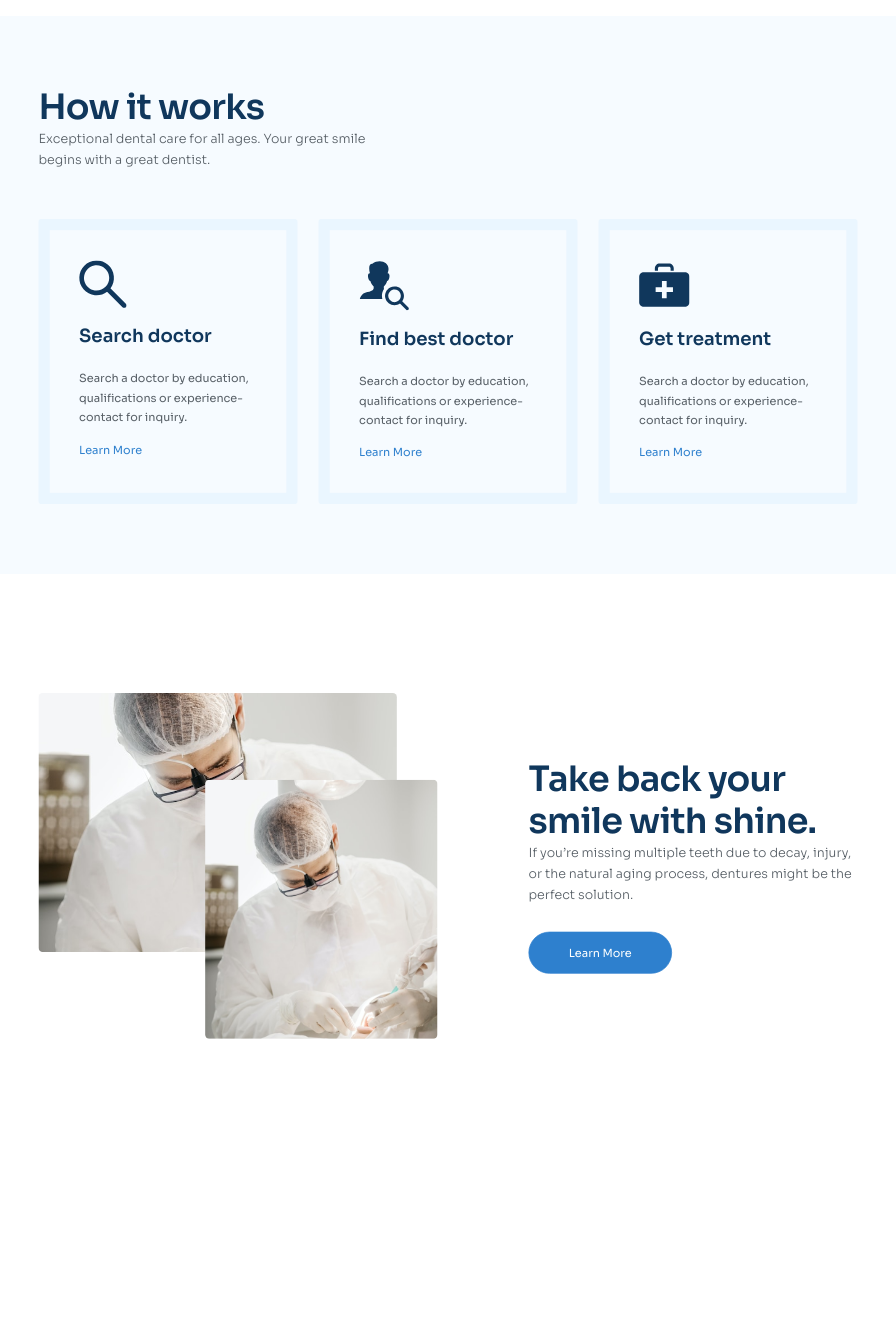
Repository: Tran-Dat/F8_Project_03
Page: index.html
An editor plug-in stored every save of this project. The page is shown before and after the next save, followed by the edit.
The browser window is 1280 px wide. The pictures show the part of the page from y = 1880 to 3800 px (the page is 3800 px tall), at 70% of full size.

Above is the page before, as saved 2023-04-03 16:28:26.

### index.html
<!DOCTYPE html>
<html lang="en">
    <head>
        <meta charset="UTF-8" />
        <meta http-equiv="X-UA-Compatible" content="IE=edge" />
        <meta name="viewport" content="width=device-width, initial-scale=1.0" />
        <title>shine smile</title>

        <!-- Favicon -->
        <link rel="apple-touch-icon" sizes="57x57" href="./assets/favicon/" />
        <link
            rel="apple-touch-icon"
            sizes="60x60"
            href="./assets/favicon/apple-icon-60x60.png"
        />
        <link
            rel="apple-touch-icon"
            sizes="72x72"
            href="./assets/favicon/apple-icon-72x72.png"
        />
        <link
            rel="apple-touch-icon"
            sizes="76x76"
            href="./assets/favicon/apple-icon-76x76.png"
        />
        <link
            rel="apple-touch-icon"
            sizes="114x114"
            href="./assets/favicon/apple-icon-114x114.png"
        />
        <link
            rel="apple-touch-icon"
            sizes="120x120"
            href="./assets/favicon/apple-icon-120x120.png"
        />
        <link
            rel="apple-touch-icon"
            sizes="144x144"
            href="./assets/favicon/apple-icon-144x144.png"
        />
        <link
            rel="apple-touch-icon"
            sizes="152x152"
            href="./assets/favicon/apple-icon-152x152.png"
        />
        <link
            rel="apple-touch-icon"
            sizes="180x180"
            href="./assets/favicon/apple-icon-180x180.png"
        />
        <link
            rel="icon"
            type="image/png"
            sizes="192x192"
            href="./assets/favicon/android-icon-192x192.png"
        />
        <link
            rel="icon"
            type="image/png"
            sizes="32x32"
            href="./assets/favicon/favicon-32x32.png"
        />
        <link
            rel="icon"
            type="image/png"
            sizes="96x96"
            href="./assets/favicon/favicon-96x96.png"
        />
        <link
            rel="icon"
            type="image/png"
            sizes="16x16"
            href="./assets/favicon/favicon-16x16.png"
        />
        <link rel="manifest" href="./assets/favicon/manifest.json" />
        <meta name="msapplication-TileColor" content="#ffffff" />
        <meta
            name="msapplication-TileImage"
            content="./assets/favicon/ms-icon-144x144.png"
        />
        <meta name="theme-color" content="#ffffff" />

        <!-- Emmet Fonts -->
        <link rel="preconnect" href="https://fonts.googleapis.com" />
        <link rel="preconnect" href="https://fonts.gstatic.com" crossorigin />
        <link
            href="https://fonts.googleapis.com/css2?family=Sora:wght@300;400;500;600;700;800&display=swap"
            rel="stylesheet"
        />

        <!-- Reset Css -->
        <link rel="stylesheet" href="./assets/css/reset.css" />
        <link rel="stylesheet" href="./assets/css/style.css" />
    </head>
    <body>
        <!-- Header -->
        <header class="header">
            <div class="container">
                <!-- Header top -->
                <div class="header-top">
                    <!-- Logo -->
                    <a href="/">
                        <div class="logo">
                            <span class="logo__circle"> </span>
                            <span class="logo__text">
                                <span class="logo__brand">Shine</span>
                                <span class="logo__brand logo__brand--small">
                                    smile
                                </span>
                            </span>
                        </div>
                    </a>

                    <!-- NavBar -->
                    <nav class="navbar">
                        <ul class="navbar__list">
                            <li class="navbar__item">
                                <a
                                    href="#!"
                                    class="navbar__link navbar__item--active"
                                >
                                    Home
                                </a>
                            </li>
                            <li class="navbar__item">
                                <a href="#!" class="navbar__link">Services</a>
                            </li>
                            <li class="navbar__item">
                                <a href="#!" class="navbar__link">About</a>
                            </li>
                            <li class="navbar__item">
                                <a href="#!" class="navbar__link">Doctors</a>
                            </li>
                        </ul>
                    </nav>

                    <!-- Action -->
                    <div class="header-action">
                        <a href="" class="header-action__login">Log In</a>
                        <button href="" class="btn header-action__signup">
                            Sign Up
                        </button>
                    </div>
                </div>

                <!-- Hero -->
                <section class="hero">
                    <!-- Hero content -->
                    <section class="hero__content">
                        <h1 class="hero__heading">
                            Exceptional dental care for all ages.
                        </h1>
                        <p class="hero__desc">
                            Exceptional dental care for all ages. Your great
                            smile begins with a great dentist.
                        </p>
                        <div class="hero__row">
                            <a href="" class="btn">Book Online</a>
                            <span class="hero__phone"
                                >or call (123) 456-7890</span
                            >
                        </div>
                    </section>

                    <!-- Hero media -->
                    <div class="hero__media">
                        <figure class="hero__images">
                            <img
                                src="./assets/img/hero-01.jpg"
                                alt=""
                                class="hero__img"
                            />
                            <img
                                src="./assets/img/hero-02.jpg"
                                alt=""
                                class="hero__img"
                            />
                        </figure>
                    </div>
                </section>
            </div>
        </header>

        <main style="height: 3000px">
            <!-- Service -->
            <section class="service">
                <div class="container">
                    <h2 class="service__heading section-heading">
                        Our services
                    </h2>
                    <p class="service__desc section-desc">
                        Exceptional dental care for all ages. Your great smile
                        begins with a great dentist.
                    </p>

                    <div class="service__row">
                        <figure>
                            <img
                                src="./assets/img/hero-01.jpg"
                                alt=""
                                class="service__img"
                            />
                        </figure>

                        <div>
                            <!-- Service List -->
                            <div class="service__list">
                                <!-- Service item 1 -->
                                <section class="service-item">
                                    <div class="service-item__icon">
                                        <!-- icon -->
                                        <svg
                                            width="22"
                                            height="24"
                                            viewBox="0 0 22 24"
                                            fill="none"
                                            xmlns="http://www.w3.org/2000/svg"
                                        >
                                            <path
                                                d="M20.3598 2.63964C17.9506 -0.556131 14.2772 -0.568132 11.2481 1.10682C11.001 1.24657 10.7219 1.31411 10.4406 1.30222C10.1592 1.29033 9.88633 1.19945 9.65105 1.03931C8.49552 0.245717 7.29036 -0.316477 5.13904 0.207462C0.623408 1.3071 0 4.90379 0 8.99816C0.0797353 12.1602 0.500857 15.3032 1.25551 18.3683C2.11836 22.0168 3.90382 24 5.43354 24C6.96326 24 7.00963 22.2204 7.00963 20.8016C7.00963 19.2009 7.39505 14.8009 10.8642 14.8009C13.5317 14.8009 14.3333 18.4013 14.3333 20.8016C14.3329 23.095 15.1722 24 16.6628 24C19.5267 24 20.9796 15.3938 21.3719 13.1237C21.7642 10.8535 22.9882 6.12569 20.3598 2.63964Z"
                                                fill="currentColor"
                                            />
                                        </svg>
                                    </div>

                                    <div class="service-item__body">
                                        <h3 class="service-item__heading">
                                            Oral Surgery
                                        </h3>
                                        <p class="service-item__desc">
                                            Everything you expect and then some.
                                            Cleanings, fillings, and x-rays.
                                        </p>
                                    </div>
                                </section>

                                <!-- Service item 2 -->
                                <section class="service-item">
                                    <div class="service-item__icon">
                                        <!-- icon -->
                                        <svg
                                            width="22"
                                            height="24"
                                            viewBox="0 0 22 24"
                                            fill="none"
                                            xmlns="http://www.w3.org/2000/svg"
                                        >
                                            <path
                                                d="M20.3598 2.63964C17.9506 -0.556131 14.2772 -0.568132 11.2481 1.10682C11.001 1.24657 10.7219 1.31411 10.4406 1.30222C10.1592 1.29033 9.88633 1.19945 9.65105 1.03931C8.49552 0.245717 7.29036 -0.316477 5.13904 0.207462C0.623408 1.3071 0 4.90379 0 8.99816C0.0797353 12.1602 0.500857 15.3032 1.25551 18.3683C2.11836 22.0168 3.90382 24 5.43354 24C6.96326 24 7.00963 22.2204 7.00963 20.8016C7.00963 19.2009 7.39505 14.8009 10.8642 14.8009C13.5317 14.8009 14.3333 18.4013 14.3333 20.8016C14.3329 23.095 15.1722 24 16.6628 24C19.5267 24 20.9796 15.3938 21.3719 13.1237C21.7642 10.8535 22.9882 6.12569 20.3598 2.63964Z"
                                                fill="currentColor"
                                            />
                                        </svg>
                                    </div>

                                    <div class="service-item__body">
                                        <h3 class="service-item__heading">
                                            Wisdom Teeth Removal
                                        </h3>
                                        <p class="service-item__desc">
                                            Everything you expect and then some.
                                            Cleanings, fillings, and x-rays.
                                        </p>
                                    </div>
                                </section>

                                <!-- Service item 3 -->
                                <section class="service-item">
                                    <div class="service-item__icon">
                                        <!-- icon -->
                                        <svg
                                            width="22"
                                            height="24"
                                            viewBox="0 0 22 24"
                                            fill="none"
                                            xmlns="http://www.w3.org/2000/svg"
                                        >
                                            <path
                                                d="M20.3598 2.63964C17.9506 -0.556131 14.2772 -0.568132 11.2481 1.10682C11.001 1.24657 10.7219 1.31411 10.4406 1.30222C10.1592 1.29033 9.88633 1.19945 9.65105 1.03931C8.49552 0.245717 7.29036 -0.316477 5.13904 0.207462C0.623408 1.3071 0 4.90379 0 8.99816C0.0797353 12.1602 0.500857 15.3032 1.25551 18.3683C2.11836 22.0168 3.90382 24 5.43354 24C6.96326 24 7.00963 22.2204 7.00963 20.8016C7.00963 19.2009 7.39505 14.8009 10.8642 14.8009C13.5317 14.8009 14.3333 18.4013 14.3333 20.8016C14.3329 23.095 15.1722 24 16.6628 24C19.5267 24 20.9796 15.3938 21.3719 13.1237C21.7642 10.8535 22.9882 6.12569 20.3598 2.63964Z"
                                                fill="currentColor"
                                            />
                                        </svg>
                                    </div>

                                    <div class="service-item__body">
                                        <h3 class="service-item__heading">
                                            Preventative Dentistry
                                        </h3>
                                        <p class="service-item__desc">
                                            Everything you expect and then some.
                                            Cleanings, fillings, and x-rays.
                                        </p>
                                    </div>
                                </section>
                            </div>

                            <a href="" class="btn">All Services</a>
                        </div>
                    </div>
                </div>
            </section>

            <!-- Work -->
            <section class="work">
                <div class="container">
                    <h2 class="section-heading">How it works</h2>
                    <p class="section-desc work__desc">
                        Exceptional dental care for all ages. Your great smile
                        begins with a great dentist.
                    </p>

                    <!-- Work List -->
                    <div class="work__list">
                        <!-- work item 1 -->
                        <section class="work-item">
                            <img
                                src="./assets/icon/search.svg"
                                alt="search"
                                class="work-item__icon"
                            />
                            <h3 class="work-item__heading">Search doctor</h3>
                            <p class="work-item__desc">
                                Search a doctor by education, qualifications or
                                experience-contact for inquiry.
                            </p>
                            <a href="#!" class="work-item__more">Learn More</a>
                        </section>

                        <!-- work item 2 -->
                        <section class="work-item">
                            <img
                                src="./assets/icon/search-use.svg"
                                alt="search"
                                class="work-item__icon"
                            />
                            <h3 class="work-item__heading">Find best doctor</h3>
                            <p class="work-item__desc">
                                Search a doctor by education, qualifications or
                                experience-contact for inquiry.
                            </p>
                            <a href="#!" class="work-item__more">Learn More</a>
                        </section>

                        <!-- work item 3 -->
                        <section class="work-item">
                            <img
                                src="./assets/icon/bag.svg"
                                alt="search"
                                class="work-item__icon"
                            />
                            <h3 class="work-item__heading">Get treatment</h3>
                            <p class="work-item__desc">
                                Search a doctor by education, qualifications or
                                experience-contact for inquiry.
                            </p>
                            <a href="#!" class="work-item__more">Learn More</a>
                        </section>
                    </div>
                </div>
            </section>

            <!-- Feature -->
            <section class="feature">
                <div class="container">
                    <div class="feature__inner">
                        <!-- feature media -->
                        <div class="feature__media">
                            <figure class="feature__images">
                                <img
                                    src="./assets/img/hero-01.jpg"
                                    alt=""
                                    class="feature__img"
                                />
                                <img
                                    src="./assets/img/hero-01.jpg"
                                    alt=""
                                    class="feature__img"
                                />
                            </figure>
                        </div>
                        <!-- feature content -->
                        <section class="feature__content">
                            <h2 class="section-heading">
                                Take back your smile with shine.
                            </h2>
                            <p class="section-desc">
                                If you’re missing multiple teeth due to decay,
                                injury, or the natural aging process, dentures
                                might be the perfect solution.
                            </p>
                            <a href="#!" class="btn feature__cta">Learn More</a>
                        </section>
                    </div>
                </div>
            </section>
        </main>
    </body>
</html>

Loaded but not shown: assets/css/reset.css (common file); assets/css/style.css (423 lines, source omitted)

After the next save:
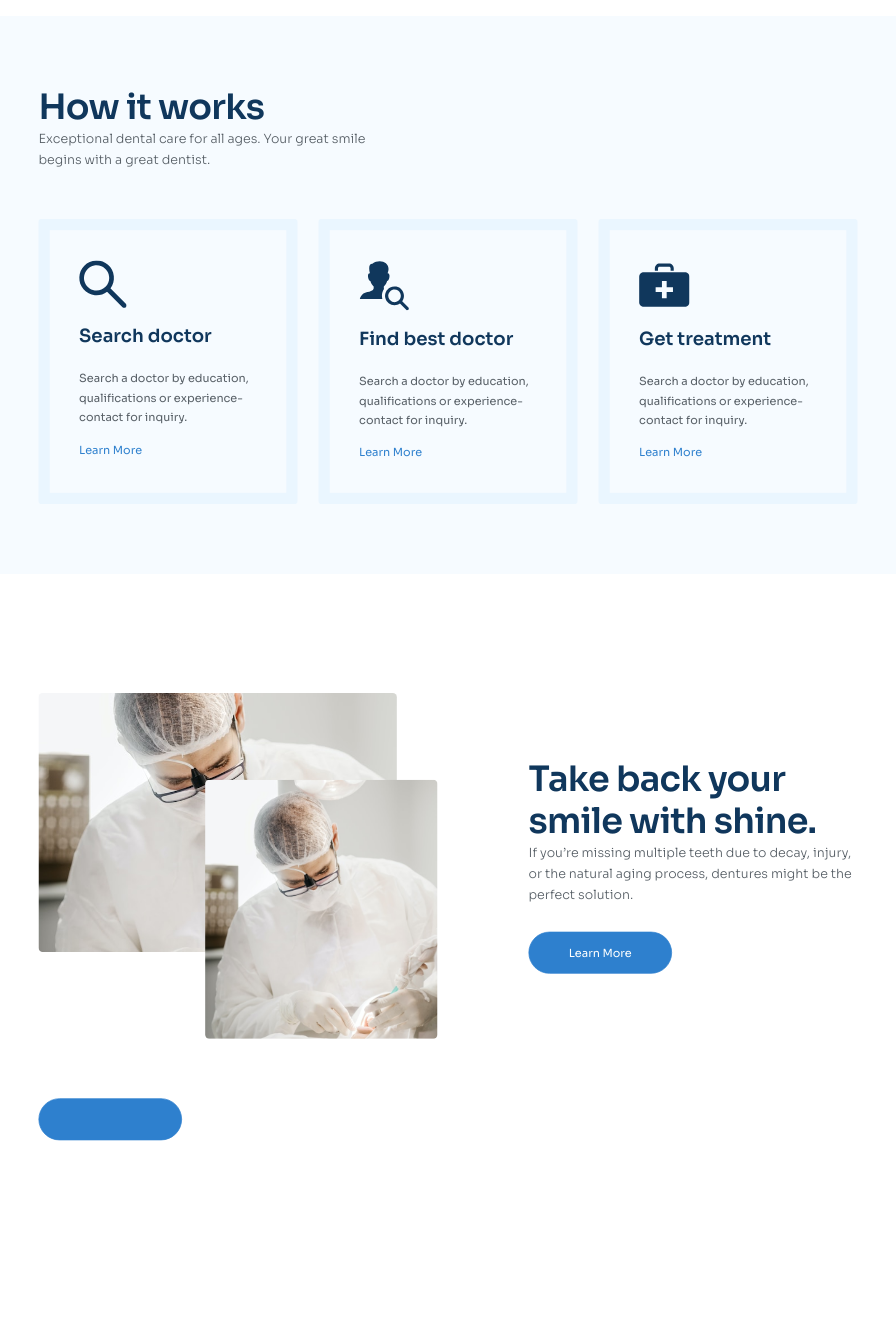
Saved 109 s later.
--- a/index.html
+++ b/index.html
@@ -392,6 +392,14 @@
                     </div>
                 </div>
             </section>
+
+            <!-- Member -->
+            <section class="member">
+                <div class="container">
+                    <h2 class="section-heading"></h2>
+                    <a href="" class="btn"></a>
+                </div>
+            </section>
         </main>
     </body>
 </html>
